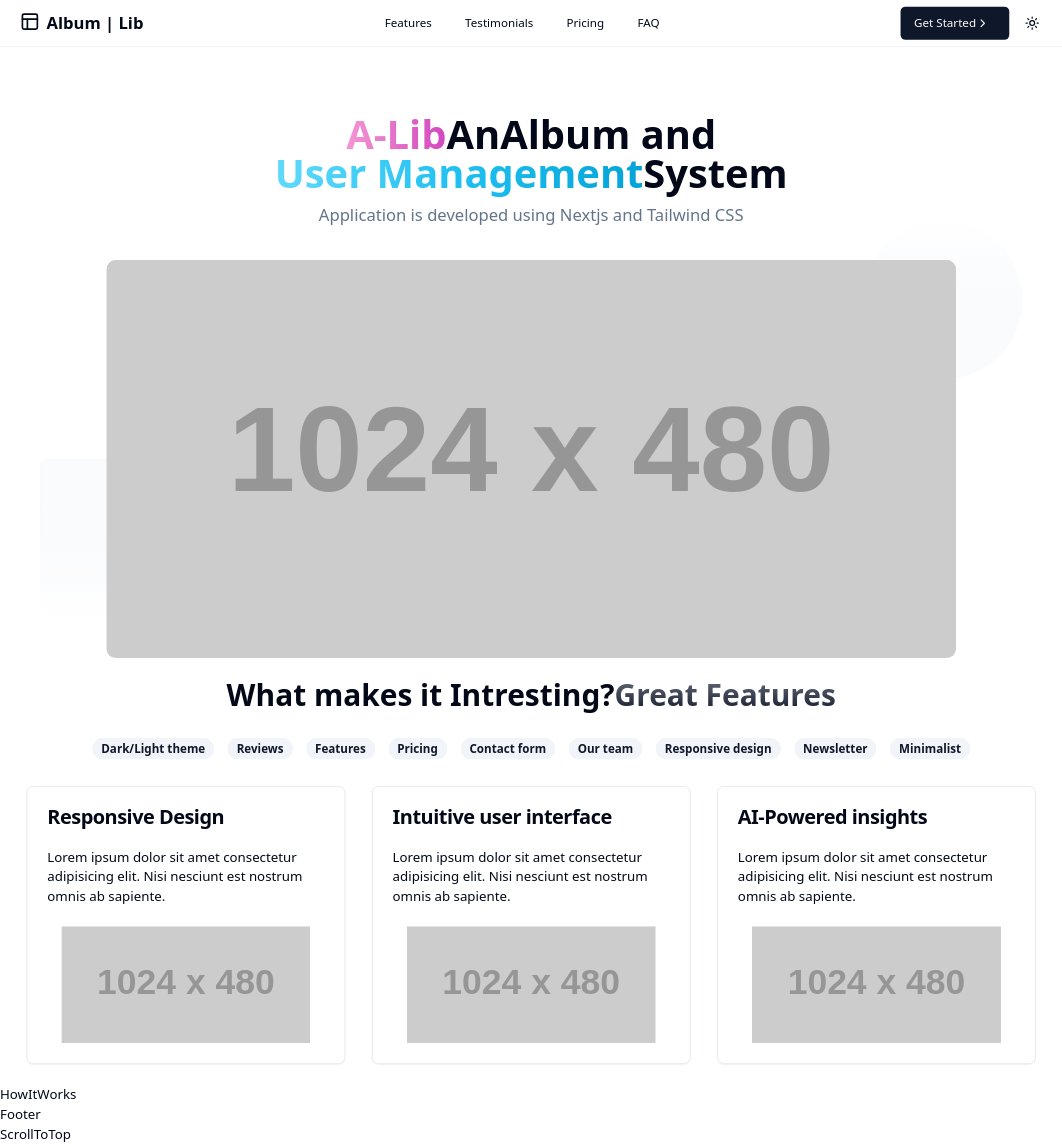
Repository: DevLaukey/savannah-informatics-test
Page: /
An editor plug-in stored every save of this project. The page is shown before and after a run of saves, followed by the edit.
The browser window is 1280 px wide. The pictures show the whole page, at 83% of full size.
The project was rebuilt for these pictures with package versions that can differ from the ones it lists, and the page was loaded fresh each time. The framework's server and built-in components were replaced by stand-ins that run in the browser. Also part of the build but not shown: next.config.mjs.

Above is the page before, as saved 2024-06-04 22:25:24.

After the next 2 saves:
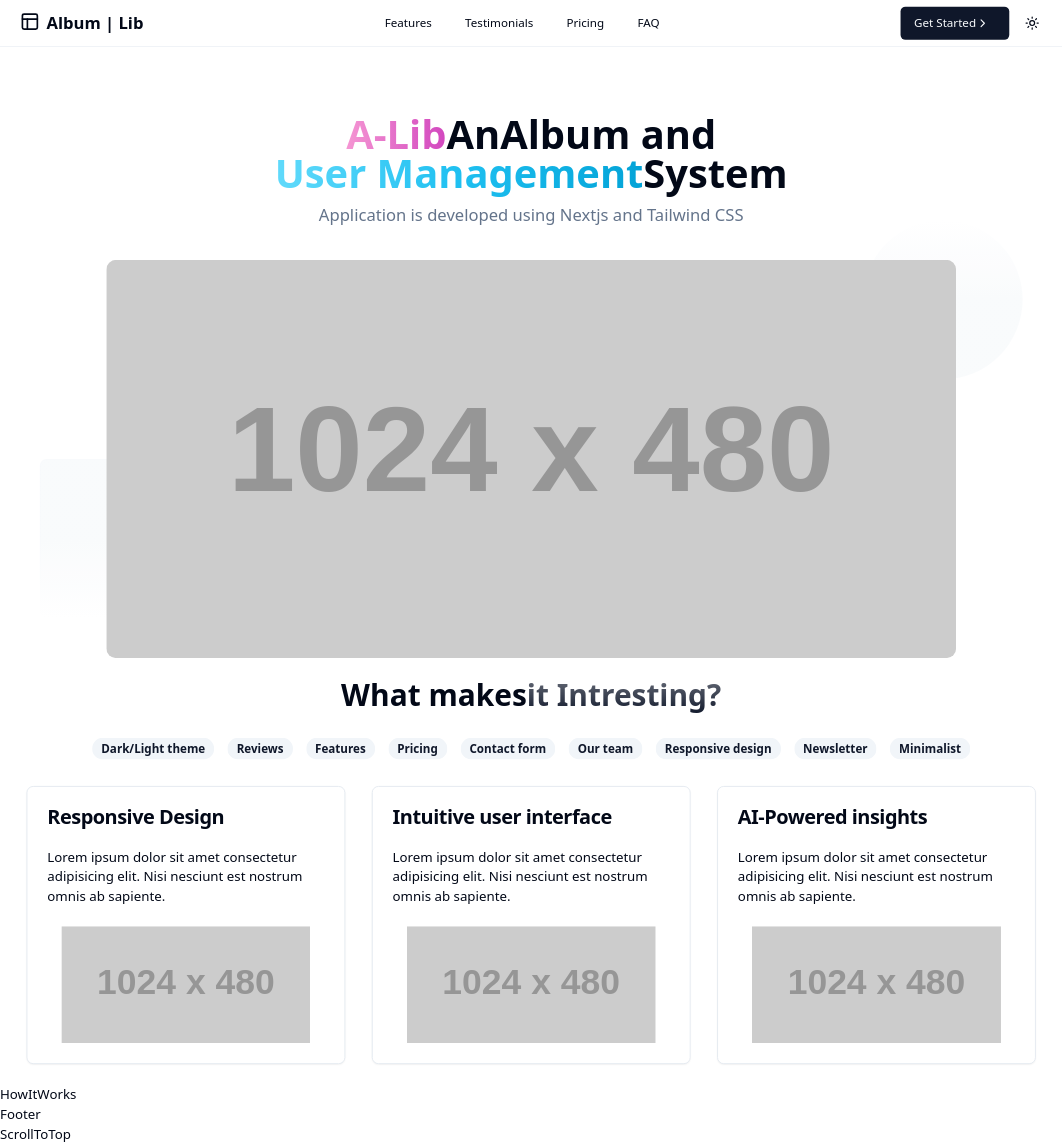
The 2 saves are shown as one change because they came seconds apart.
The last was saved 26 s later.
--- a/components/landing-page/About.jsx
+++ b/components/landing-page/About.jsx
@@ -44,10 +44,9 @@
   return (
     <section id="features" className="container py-4 sm:py-6 space-y-8">
       <h2 className="text-3xl lg:text-4xl font-bold md:text-center">
-
-        What makes it Intresting?
+        What makes
         <span className="bg-gradient-to-b from-primary/60 to-primary text-transparent bg-clip-text">
-          Great Features
+          it Intresting?
         </span>
       </h2>
 
